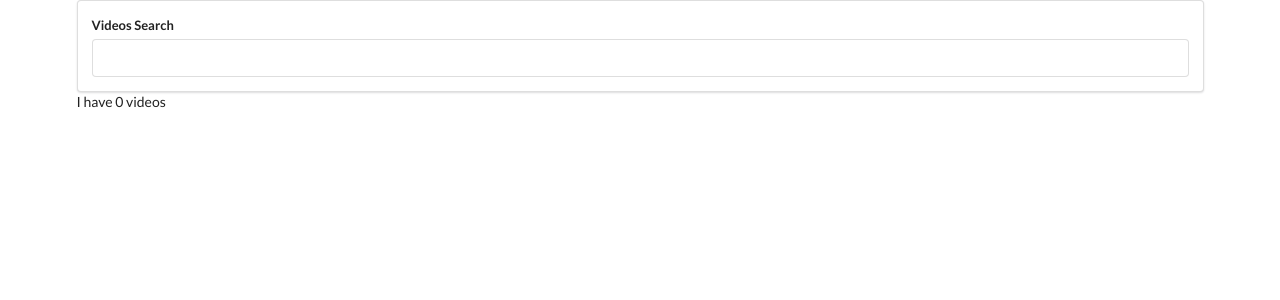
Repository: striver-69/VideoStreaming-Hooks-
Page: /
The author's editor kept a copy of each file at every save. The page is drawn from the files as they stood at one save, then again after the next save.
The browser window is 1280 px wide. The pictures show the whole page.
The project was rebuilt for these pictures with package versions that can differ from the ones it lists, and the page was loaded fresh each time.

Above is the page before, as saved 2021-03-03 19:44:31.

### src/index.js
import React from 'react'
import ReactDOM from 'react-dom'
import App from './components/App'

ReactDOM.render(<App/>,document.querySelector('#root'))

### src/components/App.js
import React, { Component } from 'react'
import SearchBar from './SearchBar'
import youtube from '../apis/youtube'
import VideoList from './VideoList'

export class App extends Component {

  state={videos:[]}

  onTermSubmit=async(term)=>{
    const response=await youtube.get('/search',{
      params:{
        q:term
      }
    })
    this.setState({videos:response.data.items})
  }

  render() {
    return (
      <div className="ui container">
        <SearchBar onFormSubmit={this.onTermSubmit}/>
        I have {this.state.videos.length} videos
      </div>
    )
  }
}

export default App

### src/components/SearchBar.js
import React from 'react'

class SearchBar extends React.Component{
  state={term:''}

  onInputChange=(event)=>{
    this.setState({term:event.target.value})
  }

  onFormSubmit=(event)=>{
    event.preventDefault()

    this.props.onFormSubmit(this.state.term)
  }

  render(){
    return (
      <div className="search-bar ui segment">
        <form onSubmit={this.onFormSubmit} className="ui form">
          <div className="field">
            <label>Videos Search</label>
            <input type="text" value={this.state.term} onChange={this.onInputChange}/>
          </div>
        </form>
      </div>
    )
  }
}

export default SearchBar

### src/apis/youtube.js
import axios from 'axios'

const KEY='AIzaSyCYnJLCwWfzLs7HoX__IPUQROlx1tq3yig'

export default axios.create({
  baseURL:'https://www.googleapis.com/youtube/v3',
  params:{
    part:'snippet',
    type:'video',
    maxResults:5,
    key:KEY
  }
})

### src/components/VideoList.js
import React from 'react'

export default function VideoList(props) {
  return (
    <div>
      VideoList
    </div>
  )
}

Loaded but not shown: public/index.html (common file)

After the next save:
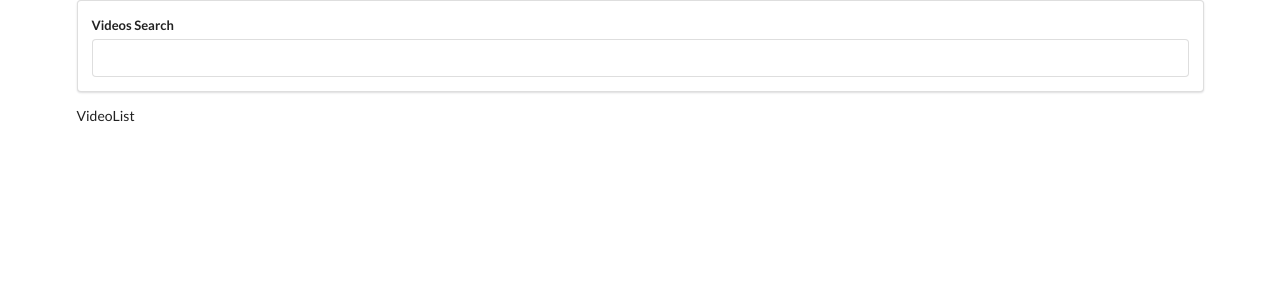
Saved 24 s later.
--- a/src/components/App.js
+++ b/src/components/App.js
@@ -20,7 +20,7 @@ export class App extends Component {
     return (
       <div className="ui container">
         <SearchBar onFormSubmit={this.onTermSubmit}/>
-        I have {this.state.videos.length} videos
+        <VideoList/>
       </div>
     )
   }
